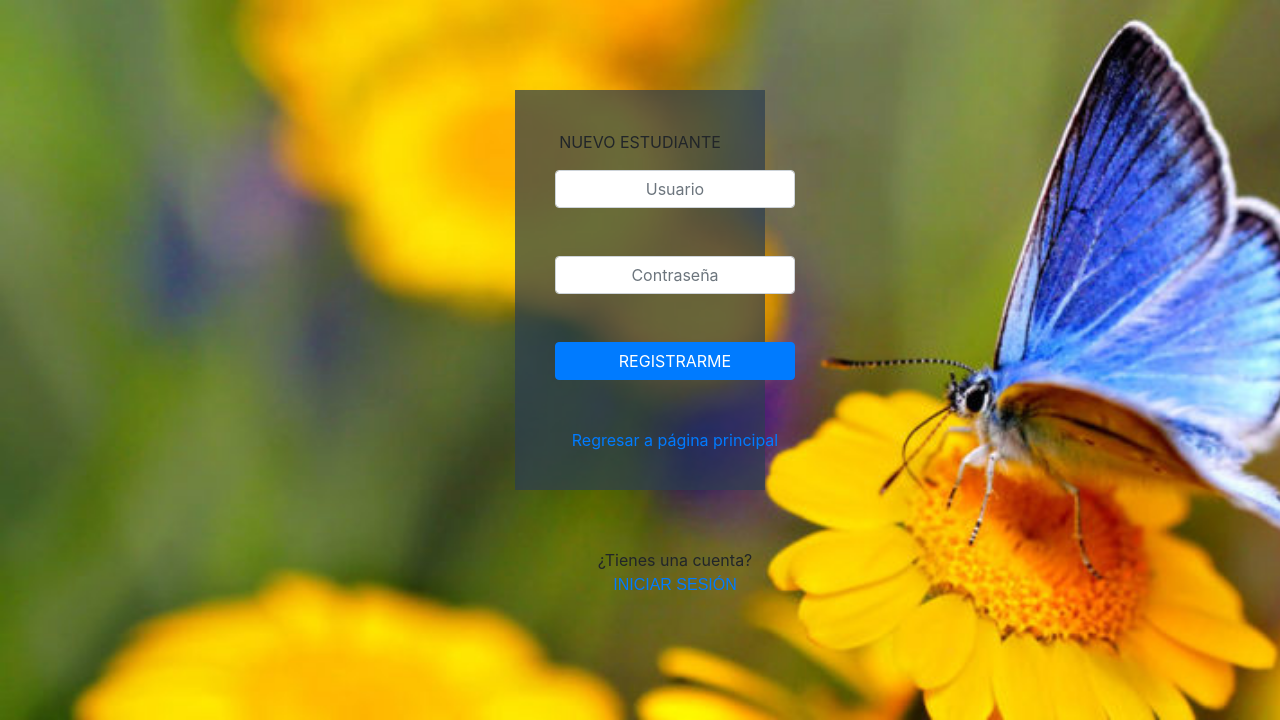
Repository: roberthcobena/Php
Page: http://localhost/registro.php
An editor plug-in stored every save of this project. The page is shown before and after the next save, followed by the edit.
The browser window is 1280 px wide. The pictures show the whole page.
Some web fonts or font styles are not loaded; a fallback is used. The page is run by PHP 8.4 with error messages shown; the project is at /var/www/html/.

Above is the page before, as saved 2020-06-25 10:16:32.

After the next save:
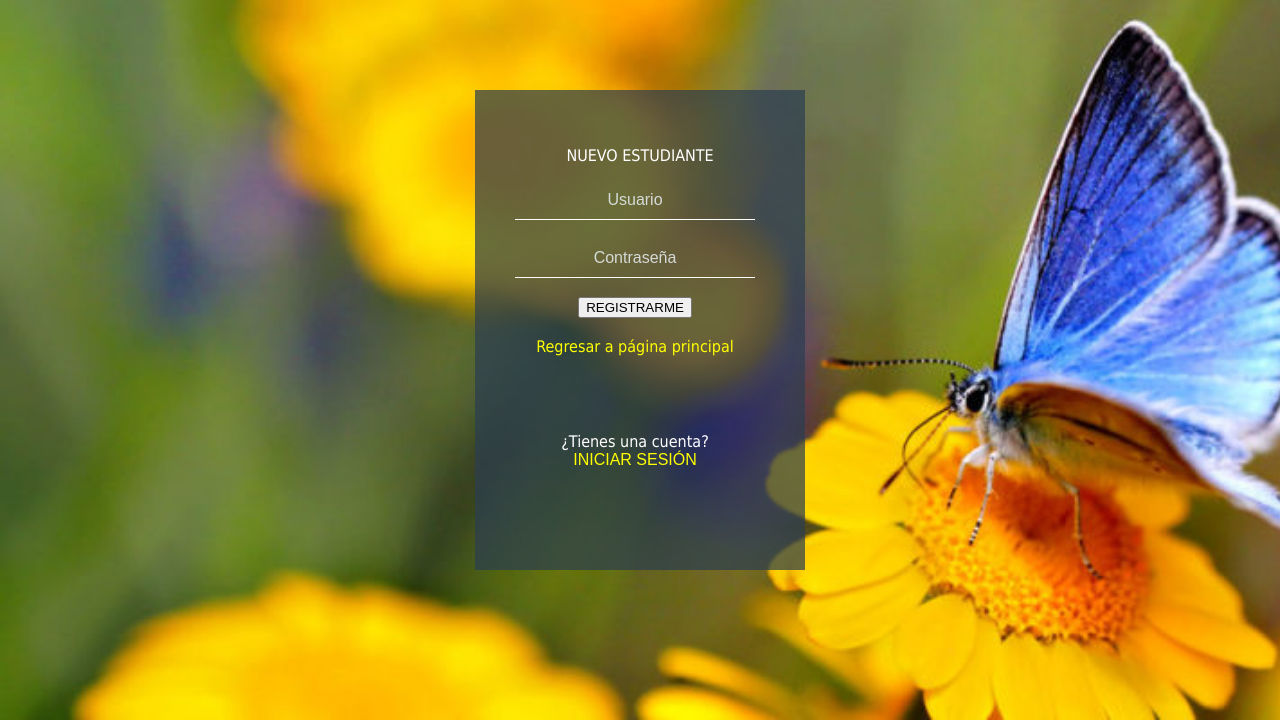
Saved 13 s later.
--- a/Educativa/registro.php
+++ b/Educativa/registro.php
@@ -17,8 +17,6 @@
 <title>INGRESAR</title>
 <link href="recursos/login/css/logn.css" rel="stylesheet" type="text/css" />
 <link href="https://fonts.googleapis.com/css?family=Play" rel="stylesheet">
-<link rel="stylesheet" href="https://stackpath.bootstrapcdn.com/bootstrap/4.1.3/css/bootstrap.min.css"
-    integrity="sha384-MCw98/SFnGE8fJT3GXwEOngsV7Zt27NXFoaoApmYm81iuXoPkFOJwJ8ERdknLPMO" crossorigin="anonymous">
 <link rel="icon" href="recursos/template/images/favicon.ico" type="image/x-icon">
 </head>
 
